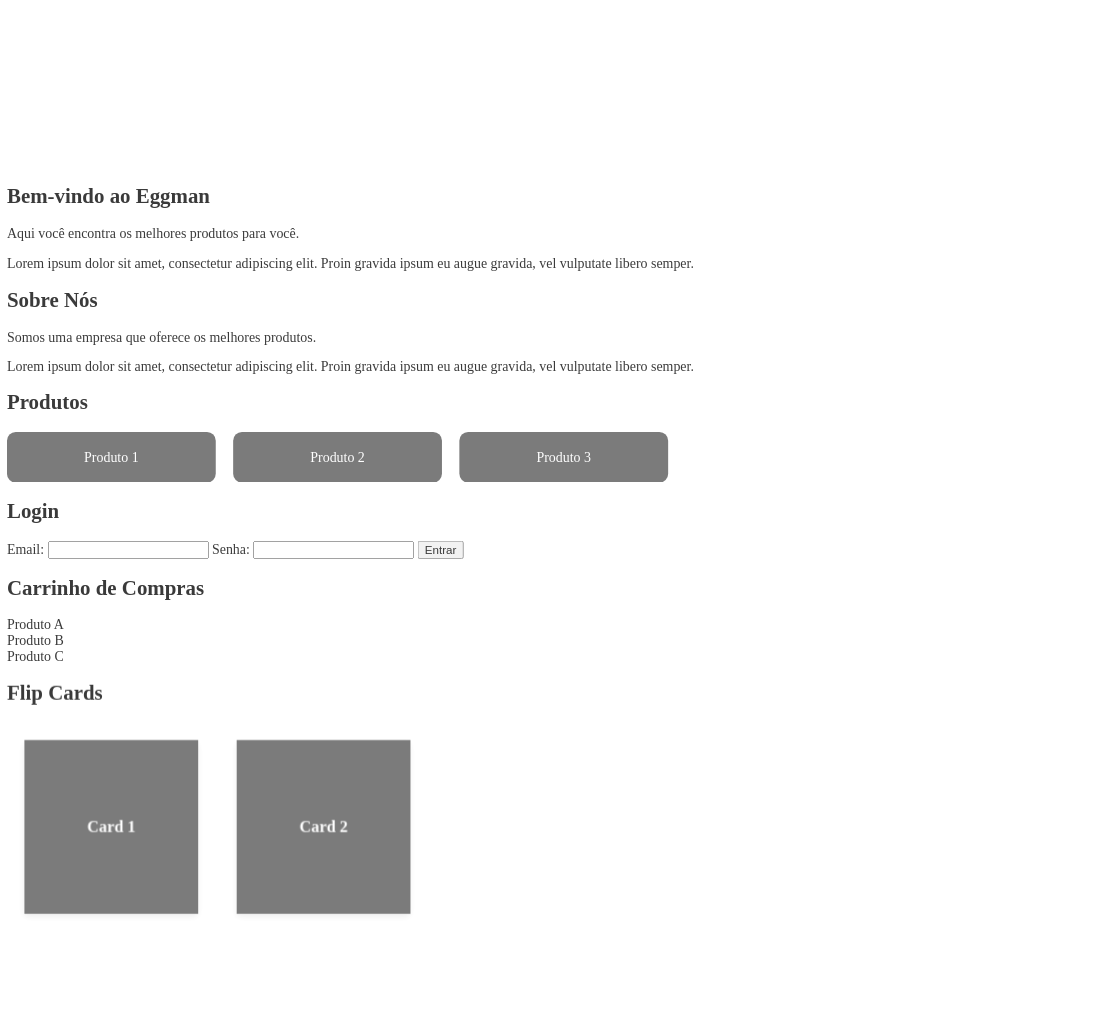
Repository: Matheus904-12/teste-2
Page: index.html
An editor plug-in stored every save of this project. The page is shown before and after the next save, followed by the edit.
The browser window is 1280 px wide. The pictures show the whole page, at 87% of full size.
Some web libraries are served in a nearby version.

Above is the page before, as saved 2023-11-04 02:30:35.

After the next save:
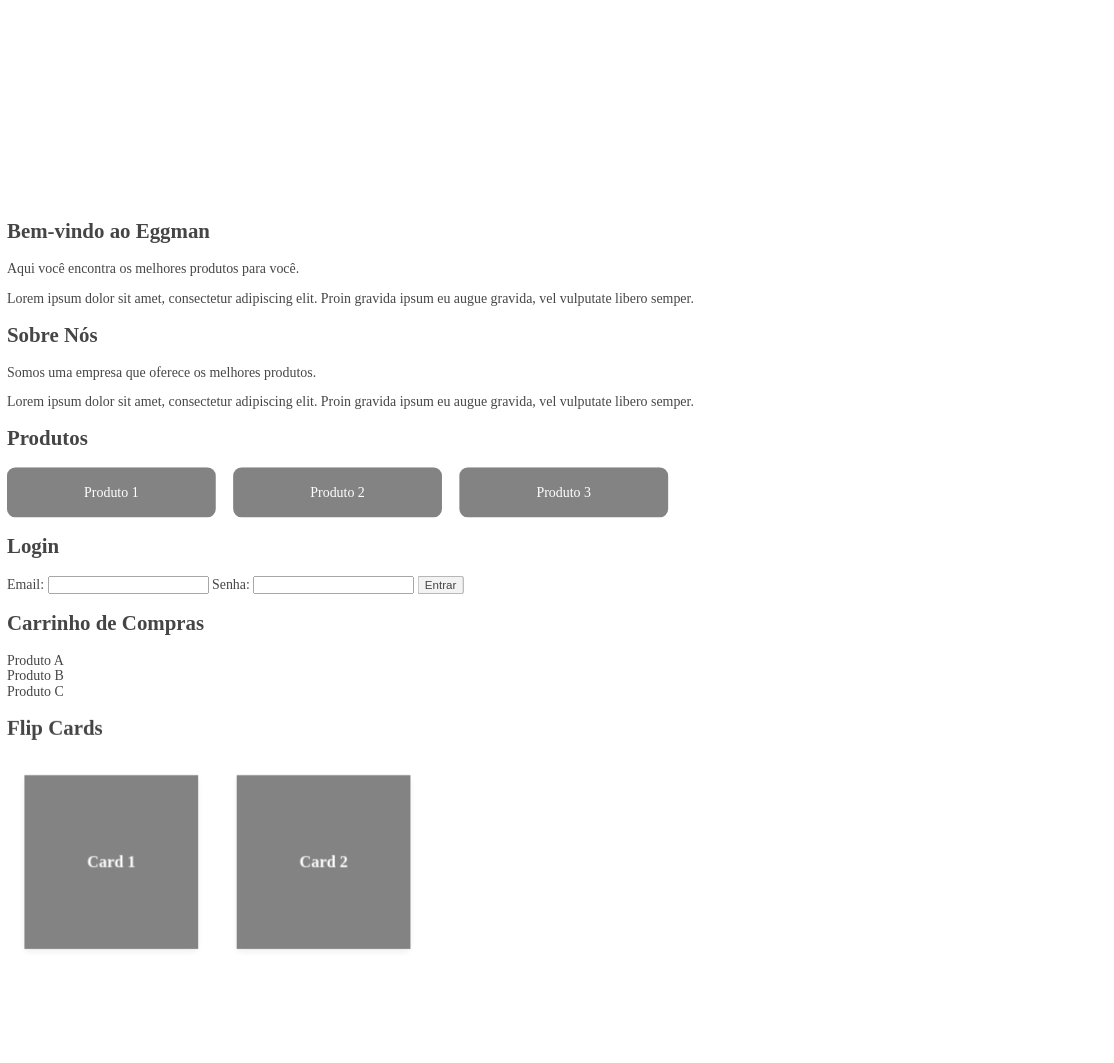
Saved 3 min 26 s later.
--- a/index.html
+++ b/index.html
@@ -10,6 +10,10 @@
     <header class="header">
         <div class="container">
             <h1>Eggman</h1>
+            <div class="mode-toggle">
+                <label for="mode-switch">Modo Claro</label>
+                <input type="checkbox" id="mode-switch">
+            </div>
             <nav class="navbar">
                 <ul class="nav-list">
                     <li class="nav-item"><a href="#inicio">Início</a></li>
